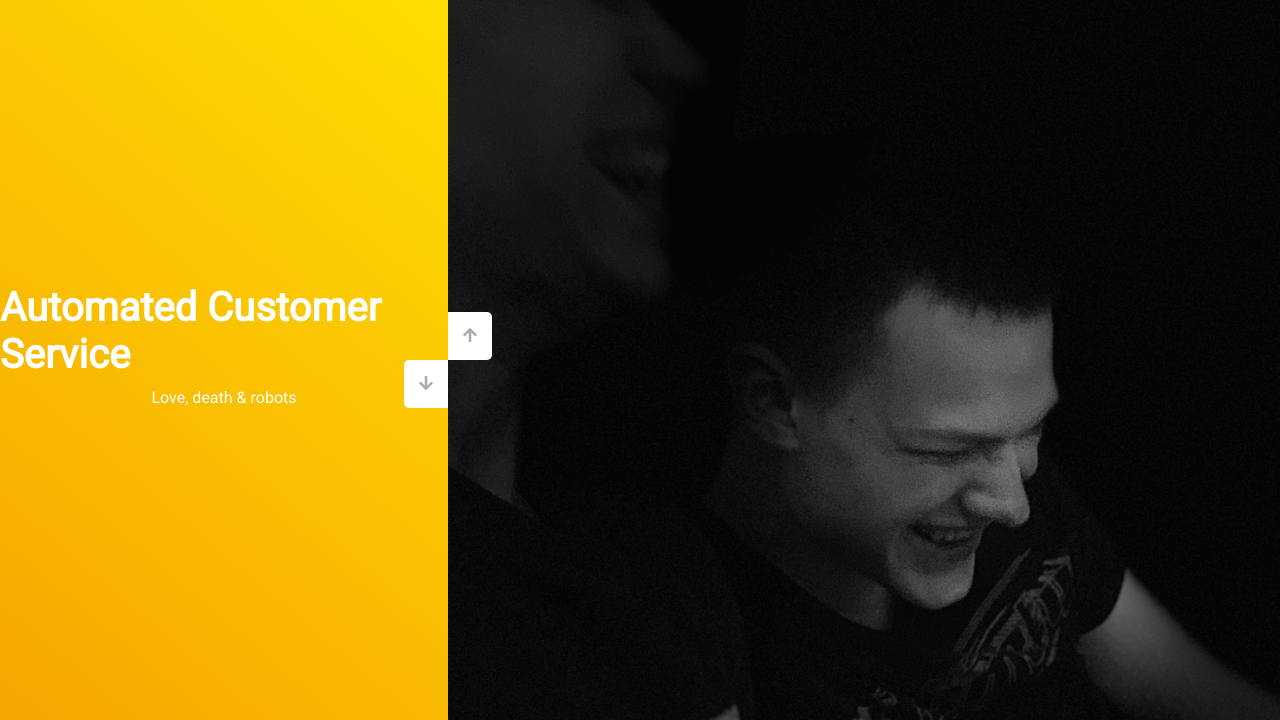
Repository: MorgunovaAlexandra/slider2
Page: index.html
An editor plug-in stored every save of this project. The page is shown before and after a run of saves, followed by the edit.
The browser window is 1280 px wide. The pictures show the whole page.
Pictures or frames that could not be fetched are drawn as grey boxes.

Above is the page before, as saved 2022-06-29 18:30:39.

After the next 2 saves:
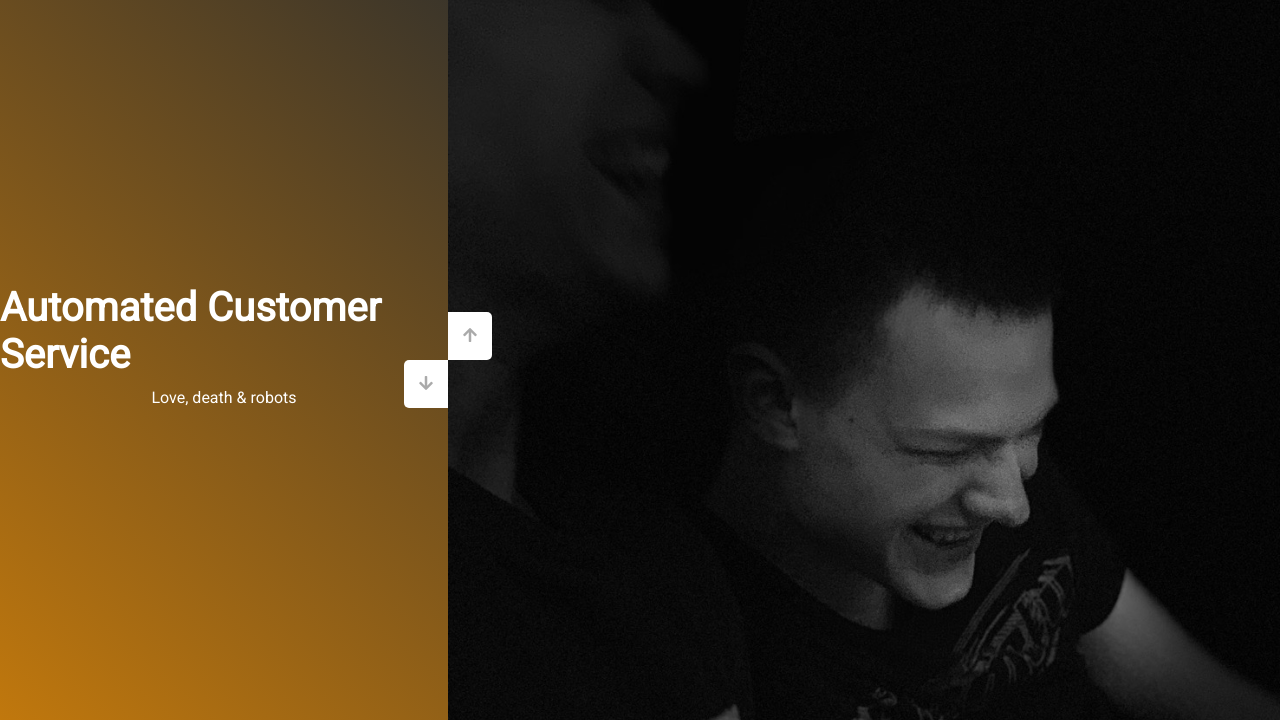
The 2 saves are shown as one change because they came seconds apart.
The last was saved 21 s later.
--- a/index.html
+++ b/index.html
@@ -25,7 +25,7 @@
           <h1>Zima Blue</h1>
           <p>Love, death & robots</p>
         </div>
-        <div style="background: linear-gradient(220.16deg, #FFE101 -8%, #F39102 138%);">
+        <div style="background: linear-gradient(220.16deg, #31302c -8%, #F39102 138%);">
           <h1>Automated Customer Service</h1>
           <p>Love, death & robots</p>
         </div>
